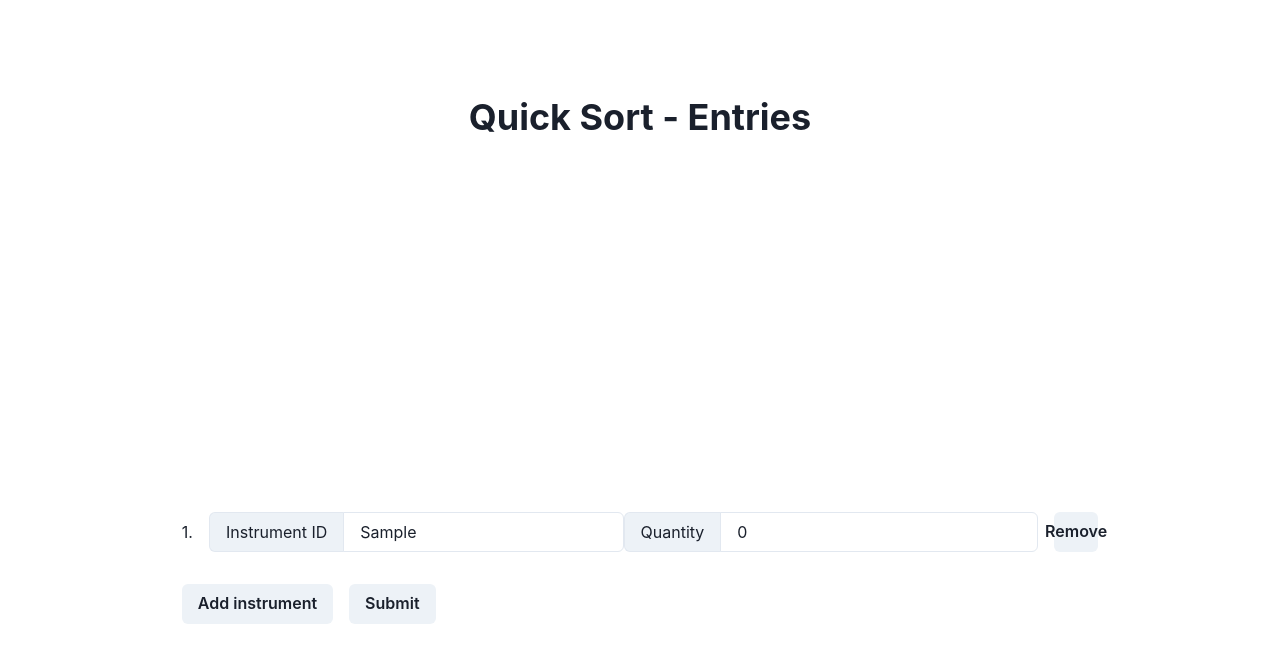
Repository: rohit-jindal18/stock-trailer
Page: /home
These files come from the project's save history. The page is drawn as it stood at one moment and after a run of saves; the edit follows.
The browser window is 1280 px wide. The pictures show the whole page.
The project was rebuilt for these pictures with package versions that can differ from the ones it lists, and the page was loaded fresh each time. The framework's server and built-in components were replaced by stand-ins that run in the browser. Also part of the build but not shown: next.config.js.

Above is the page before, as saved 2023-03-14 15:06:30.

### src/pages/_app.tsx
import '@stock-trailer/styles/globals.css'
import { ChakraProvider } from '@chakra-ui/react'
import type { AppProps } from 'next/app'

export default function App({ Component, pageProps }: AppProps) {
  return (
    <ChakraProvider>
      <Component {...pageProps} />
    </ChakraProvider>
  )
}

### src/pages/home.tsx
import { Box, Button, Heading, Input, InputGroup, InputLeftAddon, Text } from '@chakra-ui/react'
import styles from '@stock-trailer/styles/Home.module.css'
import { IInstrumentInfo } from '@stock-trailer/types'
import { Inter } from 'next/font/google'
import Head from 'next/head'
import { useState } from 'react'

const inter = Inter({ subsets: ['latin'] })

export default function Authorize() {
  const [instruments, setInstruments] = useState<IInstrumentInfo[]>([{
    id: 'Sample',
    qty: 0
  }]);

  const addMoreInstrument = () => {
    const newInstruments = [...instruments, {
      id: 'Sample',
      qty: 0
    }]
    setInstruments(newInstruments);
  }
  return (
    <>
      <Head>
        <title>Stock - Trailer</title>
        <meta name="description" content="Generated by create next app" />
        <meta name="viewport" content="width=device-width, initial-scale=1" />
        <link rel="icon" href="/favicon.ico" />
      </Head>
      <main className={styles.main}>
        <div className={styles.description}>
          <Heading>Quick Sort - Entries</Heading>
        </div>
        <Box>
          {
            instruments.map((instrument, index) => {
              return (
                <Box marginY={'16px'} display={'flex'} alignItems='center' key={`qs-${index}`} >
                  <Text mr={'16px'}>{index + 1}.</Text>
                  <InputGroup>
                    <InputLeftAddon children='Instrument ID' />
                    <Input placeholder='Enter' title='Instrument Id' display={'Instrument Id'} value={instrument.id} onChange={(event) => {
                      const newInstruments = [
                        ...instruments
                      ]
                      newInstruments[index].id = event.target.value
                      setInstruments(newInstruments);
                    }} />
                  </InputGroup>
                  <InputGroup>
                    <InputLeftAddon children='Quantity' />
                    <Input placeholder='Enter' value={instrument.qty} onChange={(event) => {
                      const newInstruments = [
                        ...instruments
                      ]
                      newInstruments[index].qty = +event.target.value
                      setInstruments(newInstruments);
                    }} />
                  </InputGroup>
                  <Button variant={'solid'} paddingX='8px' ml={'16px'}>Remove</Button>
                </Box>
              );
            })
          }
          <Box>
            <Button mr={'16px'} variant={'solid'} mt={'16px'} onClick={addMoreInstrument}>Add instrument</Button>
            <Button variant={'solid'} mt={'16px'}>Submit</Button>
          </Box>
        </Box>
      </main>
    </>
  )
}

### src/styles/Home.module.css
.main {
  display: flex;
  flex-direction: column;
  justify-content: space-between;
  align-items: center;
  padding: 6rem;
  min-height: 100vh;
}

.description {
  display: flex;
  justify-content: center;
  align-items: center;
  height: 100%;
  font-size: 0.85rem;
  max-width: var(--max-width);
  width: 100%;
  z-index: 2;
  font-family: var(--font-mono);
}

.description a {
  display: flex;
  justify-content: center;
  align-items: center;
  gap: 0.5rem;
}

.description p {
  position: relative;
  margin: 0;
  padding: 1rem;
  background-color: rgba(var(--callout-rgb), 0.5);
  border: 1px solid rgba(var(--callout-border-rgb), 0.3);
  border-radius: var(--border-radius);
}

.code {
  font-weight: 700;
  font-family: var(--font-mono);
}

.grid {
  display: grid;
  grid-template-columns: repeat(4, minmax(25%, auto));
  width: var(--max-width);
  max-width: 100%;
}

.card {
  padding: 1rem 1.2rem;
  border-radius: var(--border-radius);
  background: rgba(var(--card-rgb), 0);
  border: 1px solid rgba(var(--card-border-rgb), 0);
  transition: background 200ms, border 200ms;
}

.card span {
  display: inline-block;
  transition: transform 200ms;
}

.card h2 {
  font-weight: 600;
  margin-bottom: 0.7rem;
}

.card p {
  margin: 0;
  opacity: 0.6;
  font-size: 0.9rem;
  line-height: 1.5;
  max-width: 30ch;
}

.center {
  display: flex;
  justify-content: center;
  align-items: center;
  position: relative;
  padding: 4rem 0;
}

.center::before {
  background: var(--secondary-glow);
  border-radius: 50%;
  width: 480px;
  height: 360px;
  margin-left: -400px;
}

.center::after {
  background: var(--primary-glow);
  width: 240px;
  height: 180px;
  z-index: -1;
}

.center::before,
.center::after {
  content: '';
  left: 50%;
  position: absolute;
  filter: blur(45px);
  transform: translateZ(0);
}

.logo,
.thirteen {
  position: relative;
}

.thirteen {
  display: flex;
  justify-content: center;
  align-items: center;
  width: 75px;
  height: 75px;
  padding: 25px 10px;
  margin-left: 16px;
  transform: translateZ(0);
  border-radius: var(--border-radius);
  overflow: hidden;
  box-shadow: 0px 2px 8px -1px #0000001a;
}

.thirteen::before,
.thirteen::after {
  content: '';
  position: absolute;
  z-index: -1;
}

/* Conic Gradient Animation */
.thirteen::before {
  animation: 6s rotate linear infinite;
  width: 200%;
  height: 200%;
  background: var(--tile-border);
}

/* Inner Square */
.thirteen::after {
  inset: 0;
  padding: 1px;
  border-radius: var(--border-radius);
  background: linear-gradient(
    to bottom right,
    rgba(var(--tile-start-rgb), 1),
    rgba(var(--tile-end-rgb), 1)
  );
  background-clip: content-box;
}

/* Enable hover only on non-touch devices */
@media (hover: hover) and (pointer: fine) {
  .card:hover {
    background: rgba(var(--card-rgb), 0.1);
    border: 1px solid rgba(var(--card-border-rgb), 0.15);
  }

  .card:hover span {
    transform: translateX(4px);
  }
}

@media (prefers-reduced-motion) {
  .thirteen::before {
    animation: none;
  }

  .card:hover span {
    transform: none;
  }
}

/* Mobile */
@media (max-width: 700px) {
  .content {
    padding: 4rem;
  }

  .grid {
    grid-template-columns: 1fr;
    margin-bottom: 120px;
    max-width: 320px;
    text-align: center;
  }

  .card {
    padding: 1rem 2.5rem;
  }

  .card h2 {
    margin-bottom: 0.5rem;
  }

  .center {
    padding: 8rem 0 6rem;
  }

  .center::before {
    transform: none;
    height: 300px;
  }

  .description {
    font-size: 0.8rem;
  }

  .description a {
    padding: 1rem;
  }

  .description p,
  .description div {
    display: flex;
    justify-content: center;
    position: fixed;
    width: 100%;
  }

  .description p {
    align-items: center;
    inset: 0 0 auto;
    padding: 2rem 1rem 1.4rem;
    border-radius: 0;
    border: none;
    border-bottom: 1px solid rgba(var(--callout-border-rgb), 0.25);
    background: linear-gradient(
      to bottom,
      rgba(var(--background-start-rgb), 1),
      rgba(var(--callout-rgb), 0.5)
    );
    background-clip: padding-box;
    backdrop-filter: blur(24px);
  }

  .description div {
    align-items: flex-end;
    pointer-events: none;
    inset: auto 0 0;
    padding: 2rem;
    height: 200px;
    background: linear-gradient(
      to bottom,
      transparent 0%,
      rgb(var(--background-end-rgb)) 40%
    );
    z-index: 1;
  }
}

/* Tablet and Smaller Desktop */
@media (min-width: 701px) and (max-width: 1120px) {
  .grid {
    grid-template-columns: repeat(2, 50%);
  }
}

@media (prefers-color-scheme: dark) {
  .vercelLogo {
    filter: invert(1);
  }

  .logo,
  .thirteen img {
    filter: invert(1) drop-shadow(0 0 0.3rem #ffffff70);
  }
}

@keyframes rotate {
  from {
    transform: rotate(360deg);
  }
  to {
    transform: rotate(0deg);
  }
}

Loaded but not shown: src/pages/_document.tsx (common file); src/styles/globals.css (common file)

After the next 2 saves:
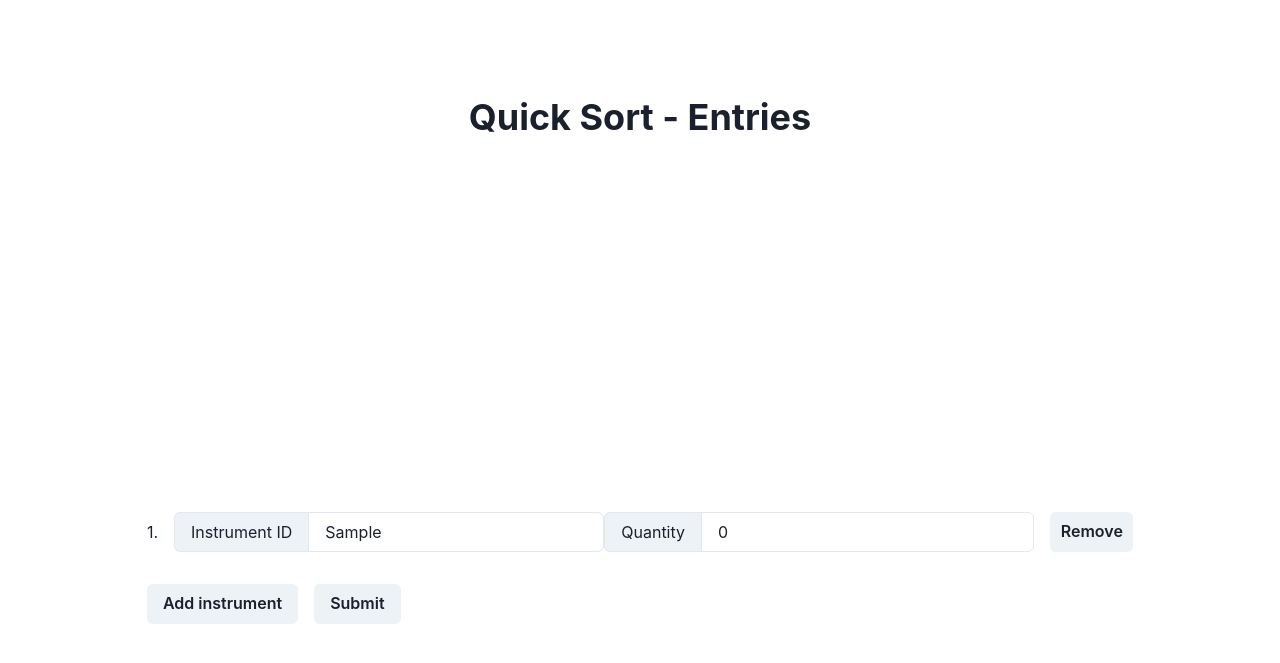
The 2 saves are shown as one change because they came seconds apart.
The last was saved 9 s later.
--- a/src/pages/home.tsx
+++ b/src/pages/home.tsx
@@ -58,7 +58,7 @@ export default function Authorize() {
                       setInstruments(newInstruments);
                     }} />
                   </InputGroup>
-                  <Button variant={'solid'} paddingX='8px' ml={'16px'}>Remove</Button>
+                  <Button variant={'solid'} width='148px' ml={'16px'}>Remove</Button>
                 </Box>
               );
             })
